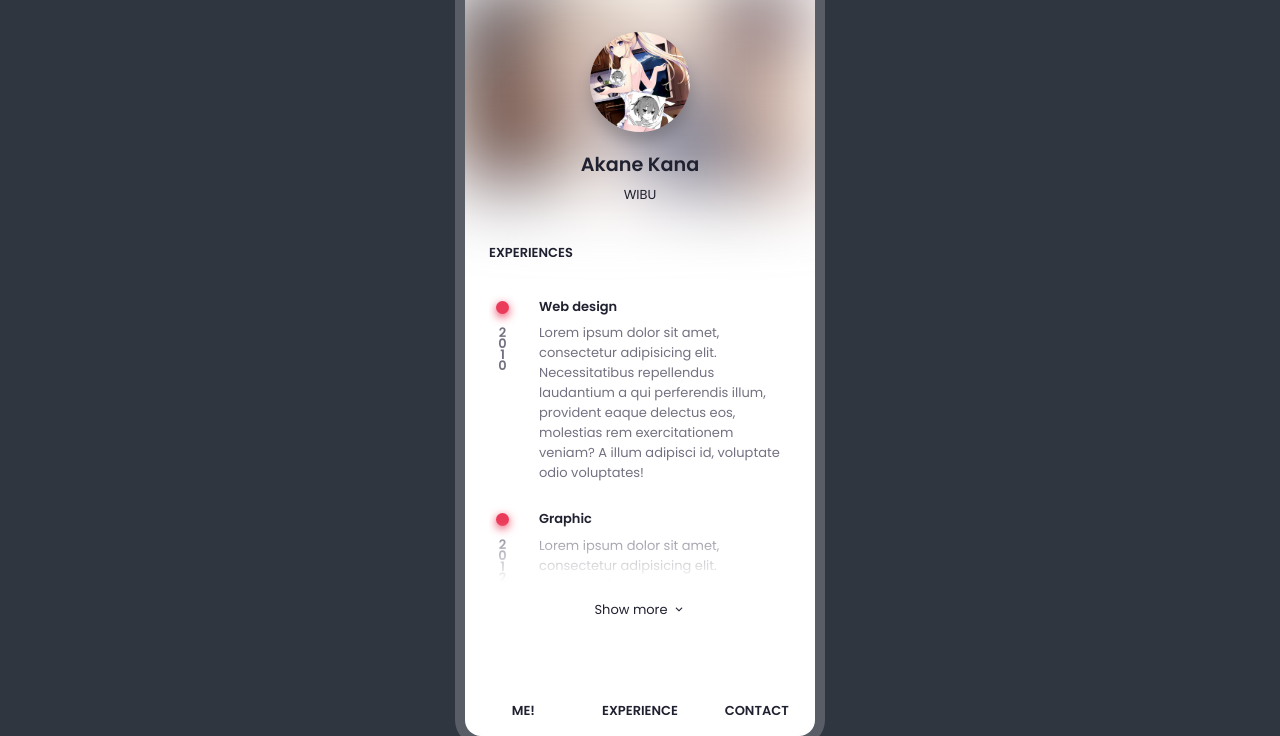
Repository: AkaneKana/AkaneKana
Page: index.html
The author's editor kept a copy of each file at every save. The page is drawn from the files as they stood at one save, then again after the next save.
The browser window is 1280 px wide. The pictures show the whole page.
Some icons come from a web library that is not loaded, so they are not drawn. Some web libraries are served in a nearby version.

Above is the page before, as saved 2023-05-19 17:01:45.

### index.html
<!DOCTYPE html>
<html lang="en">
<head>
  <meta charset="UTF-8">
  <meta http-equiv="X-UA-Compatible" content="IE=edge">
  <meta name="viewport" content="width=device-width, initial-scale=1.0">
  <title>Profle Card</title>
  <link rel="stylesheet" href="style.css">
  <link href="https://cdn.jsdelivr.net/npm/remixicon@3.2.0/fonts/remixicon.css" rel="stylesheet">
</head>
<body>
  <div id="page" class="site">
    <div class="container">
      <div class="card">
        <header>
          <div class="thumbnail">
            <img src="assets/image.jpg" alt="">
          </div>
          <div class="meta">
            <h3>Akane Kana</h3>
            <h4>Wibu</h4>
          </div>
        </header>
        <section>
          <div id="me" class="me">
            <h4 class="section-title">About me</h4>
            <p>Lorem ipsum dolor sit amet consectetur, adipisicing elit. Alias numquam in eligendi quibusdam debitis excepturi architecto porro! Qui, iusto aliquam. Est iusto tenetur velit ab iste modi aliquid incidunt ea?</p>
            <div class="socials">
              <ul>
                <li><a href="#"><i class="ri-facebook-fill"></i></a></li>
                <li><a href="#"><i class="ri-discord-fill"></i></a></li>
                <li><a href="#"><i class="ri-github-fill"></i></a></li>
              </ul>
            </div>
          </div>

          <div id="roadmap" class="roadmap active">
            <h4 class="section-title">Experiences</h4>
            <input type="checkbox" id="showmore">
            <label for="showmore">
             <span>Show more <i class="ri-arrow-down-s-line"></i></span>
             <span>Show less <i class="ri-arrow-up-s-line"></i></span>
            </label>

            <ul>
              <li>
                <span>2010</span>
                <div class="section-title">Web design</div>
                <p>Lorem ipsum dolor sit amet, consectetur adipisicing elit. Necessitatibus repellendus laudantium a qui perferendis illum, provident eaque delectus eos, molestias rem exercitationem veniam? A illum adipisci id, voluptate odio voluptates!</p>
              </li>
              <li>
                <span>2012</span>
                <div class="section-title">Graphic</div>
                <p>Lorem ipsum dolor sit amet, consectetur adipisicing elit. Necessitatibus repellendus laudantium a qui perferendis illum, provident eaque delectus eos, molestias rem exercitationem veniam? A illum adipisci id, voluptate odio voluptates!</p>
              </li>
              <li>
                <span>2016</span>
                <div class="section-title">Google design</div>
                <p>Lorem ipsum dolor sit amet, consectetur adipisicing elit. Necessitatibus repellendus laudantium a qui perferendis illum, provident eaque delectus eos, molestias rem exercitationem veniam? A illum adipisci id, voluptate odio voluptates!</p>
              </li>
            </ul>
          </div>

          <div id="contact" class="contact">
            <h4 class="section-title">Contact</h4>
            <div class="socials">
              <ul>
                <li>
                  <a href="#"><a href="" class="ri-map-pin-line"></a></a>
                  <p>24399999999 ave, akr </p>
                </li>
                <li>
                  <a href="https://wa.me/0933301454"><a href="" class="ri-phong-line"></a></a>
                  <p>0933301454</p>
                </li>
                <li>
                  <a href="#mailto:khuongwhitelily@gmail.com"><a href="" class="ri-mail-line"></a></a>
                  <p>khuongwhitelily@gmail.com</p>
                </li>
              </ul>
            </div>
            <button>Work with me!</button>
          </div>
        </section>
        <footer>
          <nav>
            <a href="#">Me!</a>
            <a href="#">Experience</a>
            <a href="#">Contact</a>
            <span></span>
          </nav>
        </footer>
      </div>
    </div>
  </div>

  <script src="script.js"></script>
</body>
</html>

### style.css
@import url('https://fonts.googleapis.com/css2?family=Poppins:wght@400;600;800&display=swap');
:root{
  --primary-color: #eb3b5a;
  --white-color: #ffffff;
  --light-color: #ced6e0;
  --grey-color: #737181;
  --dark-color: #202130;

  --shadow: 0 10px 10px -8px;
}

*{
  margin: 0;
  padding: 0;
}

*,::before,::after {
  box-sizing: border-box;
}

body{
  font-family: 'Poppins';
  font-size: 16px;
  font-weight: 400;
  line-height: 1.8;
  color: var(--dark-color);
  background-color: #2f3640;
}

a {
  text-decoration: none;
  color: inherit;
}

ul{
  list-style: none;
}

img{
  max-width: 100%;
  vertical-align: middle;
}

.site{
  display: flex;
  align-items: center;
  justify-content: center;
  height: 100vh;
}

.container{
  max-width: 1024px;
  padding: 0 2em;
  margin: 0 auto;
}

.card{
  max-width: 350px;
  background-color: var(--white-color);
  border-radius: 1em;
  box-shadow: 0 0 0 10px rgb(255 255 255 /20%);
  overflow: hidden;
}

.card header {
  position: relative;
  height: 225px;
  padding-top: 3em;
  margin-bottom: 2em;
}

.card header::before {
  content: '';
  position: absolute;
  top: 0;
  left: 0;
  background: url(assets/image.jpg);
  background-size: cover;
  width: 100%;
  height: 200px;
  z-index: 0;
  filter: blur(40px);
}

.card header > * {
  position: relative;
  left: 50%;
  transform: translateX(-50%);
}

.card header .meta {
  text-align: center;
  margin-top: 1em;
  width: max-content;
}

.card header h3 {
  font-size: 1.2em;
  font-weight: 600;
}

.card header h4 {
  font-size: 0.813em;
  font-weight: 400;
  text-transform: uppercase;
}

.card .thumbnail {
  width: 100px;
  height: 100px;
}

.card .thumbnail img {
  object-fit: cover;
  width: 100%;
  height: 100%;
  border-radius: 50%;
  box-shadow: 0 10px 15px rgb(0 0 0 /20%);
}

.card section {
  padding: 0 1.5em;
}

.card section h4 {
  text-transform: uppercase;
}

.card .section-title {
  font-size: 0.813em;
  font-weight: 600;
  margin-bottom: 0.5em;
}

.card section p {
  font-size: 0.813em;
  color: var(--grey-color);
  margin-bottom: 2em;
}

.card .socials ul {
  display: flex;
  gap: 1em;
}

.card .socials ul li a {
  position: relative;
  width: 36px;
  height: 36px;
  border: 1px solid var(--light-color);
  border-radius: 50%;
  display: flex;
  align-items: center;
  justify-content: center;
  transition: border .3s, color .3s, backgound-color .3s;
}

.card .socials ul li:nth-child(1) a {
  box-shadow: var(--shadow) #1877f2;
}
.card .socials ul li:nth-child(2) a {
  box-shadow: var(--shadow) #c32aa3;
}
.card .socials ul li:nth-child(3) a {
  box-shadow: var(--shadow) #1da1f2;
}

.card .socials ul li:nth-child(1) a:hover {
  background-color: #1877f2;
}
.card .socials ul li:nth-child(2) a:hover {
  background-color: #c32aa3;
}
.card .socials ul li:nth-child(3) a:hover {
  background-color: #1da1f2;
}

.card .socials ul li a:hover {
  border-color: transparent;
  color: var(--white-color);
}

.card footer nav {
  position: relative;
  display: flex;
  justify-content: space-between;
  width: 100%;
  height: 50px;
  margin-top: 4em;
}

.card footer nav a {
  position: relative;
  font-size: 0.813em;
  font-weight: 600;
  text-transform: uppercase;
  width: 100%;
  height: 100%;
  display: flex;
  align-items: center;
  justify-content: center;
  z-index: 10;
}

.card footer nav span {
  position: absolute;
  top: 10px;
  left: 0;
  width: 33.3333%;
  height: 30px;
  background: linear-gradient(135deg, #03001e #7303c0 #ec38bc, #fdeff9);
  filter: blur(15px);
  transition: left .3s;
}

.card footer nav a.active {
  color: var(--white-color);
}

.card footer nav a.active:nth-child(2) ~ span {
  left: 33.3333%;
}

.card footer nav a.active:nth-child(3) ~ span {
  left: calc(33.3333% * 2);
}

section > div {
  display: none;
}
section > div.active {
  display: block;
}

/*roadmap*/
.card .roadmap {
  position: relative;
  overflow: hidden;
}
.card .roadmap ul {
  margin-top: 2em;
  height: 325px;
  padding-bottom: 2em;
  transition: height .3s;
}
.card .roadmap ul li {
  position: relative;
  padding-left: 50px;
  min-height: 90px;
  margin-bottom: 1em;
  line-height: normal;
}

.card .roadmap ul li::before {
  content: '';
  position: absolute;
  top: 4px;
  left: 7px;
  width: 13px;
  height: 13px;
  background-color: var(--primary-color);
  border-radius: 50%;
  box-shadow: 0 3px 10px 0 var(--primary-color);
}

.card .roadmap ul li span {
  position: absolute;
  top: 26px;
  left: 3px;
  writing-mode: vertical-lr;
  text-orientation: upright;
  font-size: 0.813em;
  font-weight: 600;
  color: var(--grey-color);
  letter-spacing: -8px;
}

.card .roadmap input {
  display: none;
}

.card .roadmap label {
  position: absolute;
  bottom: 0;
  left: 0;
  right: 0;
  height: 100px;
  cursor: pointer;
  z-index: 10;
}

.card .roadmap label::before {
  content: '';
  position: absolute;
  top: 0;
  left: 0;
  width: 100%;
  height: 100%;
  background: linear-gradient(0deg, var(--white-color) 40%, rgba(255, 255, 255, 0) 100%);
  z-index: -1;
}

.card .roadmap label span {
  font-size: 0.813em;
  display: flex;
  justify-content: center;
  gap: 5px;
  height: 100%;
  align-items: flex-end;
}

.card .roadmap label span:last-child,
.card .roadmap input:checked ~label span:first-child {
  display: none;
}

.card .roadmap input:checked ~label span:last-child {
  display: flex;
}

.card .roadmap input:checked ~ ul {
  overflow: auto;
  height: 450px;
  padding-bottom: 4em;
}

Loaded but not shown: script.js (no copy from this time; the picture is the same without it)

After the next save:
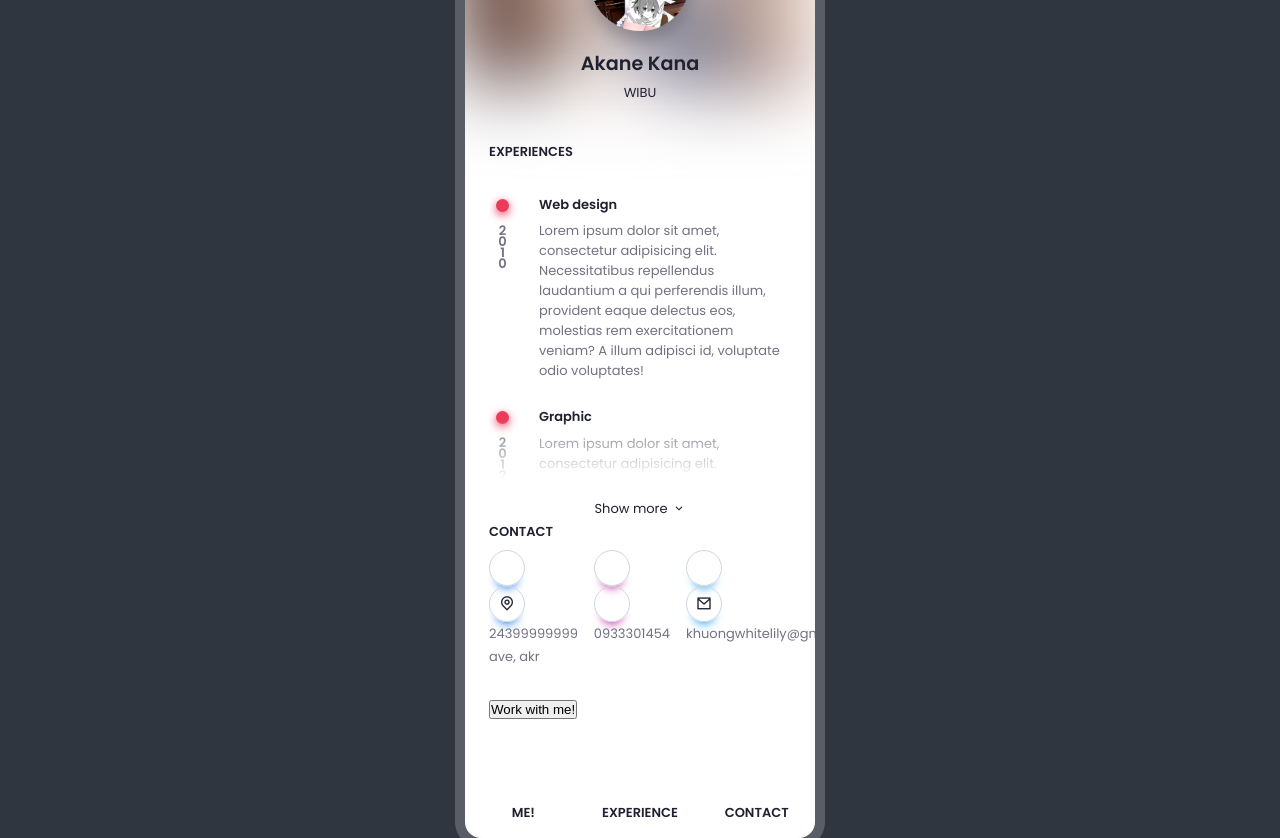
Saved 36 s later.
--- a/index.html
+++ b/index.html
@@ -61,7 +61,7 @@
             </ul>
           </div>
 
-          <div id="contact" class="contact">
+          <div id="contact" class="contact active">
             <h4 class="section-title">Contact</h4>
             <div class="socials">
               <ul>
